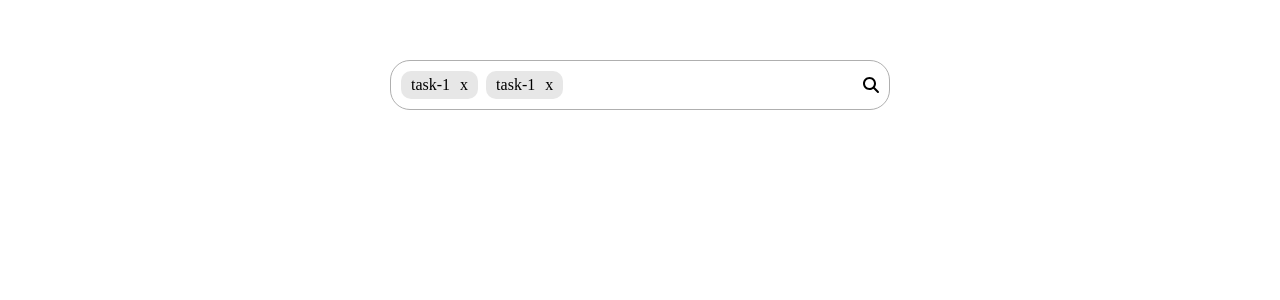
Repository: OkazakiTruong/selectOption
Page: /
The author's editor kept a copy of each file at every save. The page is drawn from the files as they stood at one save, then again after the next save.
The browser window is 1280 px wide. The pictures show the whole page.
The project was rebuilt for these pictures with package versions that can differ from the ones it lists, and the page was loaded fresh each time. Also part of the build but not shown: vite.config.js.

Above is the page before, as saved 2024-01-17 21:40:34.

After the next save:
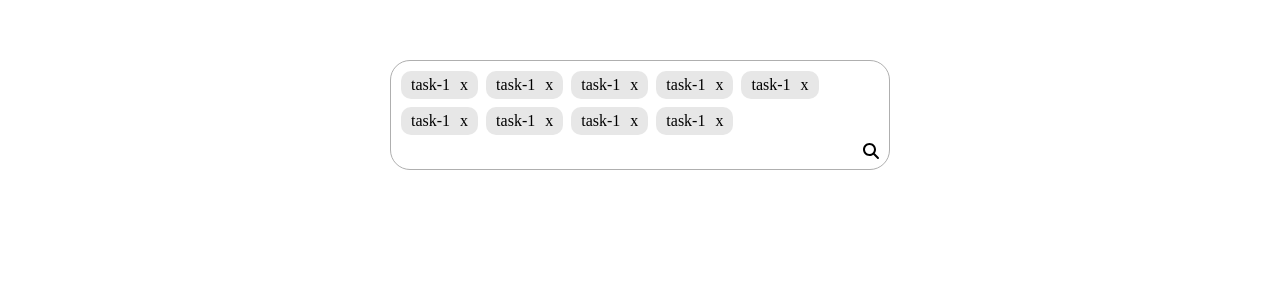
Saved 39 s later.
--- a/src/SelectBox/SelectBox.jsx
+++ b/src/SelectBox/SelectBox.jsx
@@ -28,6 +28,34 @@ export const SelectBox = () => {
           <span>task-1</span>
           <span className="btn-delete">x</span>
         </div>
+        <div className="select-item">
+          <span>task-1</span>
+          <span className="btn-delete">x</span>
+        </div>
+        <div className="select-item">
+          <span>task-1</span>
+          <span className="btn-delete">x</span>
+        </div>
+        <div className="select-item">
+          <span>task-1</span>
+          <span className="btn-delete">x</span>
+        </div>
+        <div className="select-item">
+          <span>task-1</span>
+          <span className="btn-delete">x</span>
+        </div>
+        <div className="select-item">
+          <span>task-1</span>
+          <span className="btn-delete">x</span>
+        </div>
+        <div className="select-item">
+          <span>task-1</span>
+          <span className="btn-delete">x</span>
+        </div>
+        <div className="select-item">
+          <span>task-1</span>
+          <span className="btn-delete">x</span>
+        </div>
         <input
           className="input"
           ref={inputRef}
